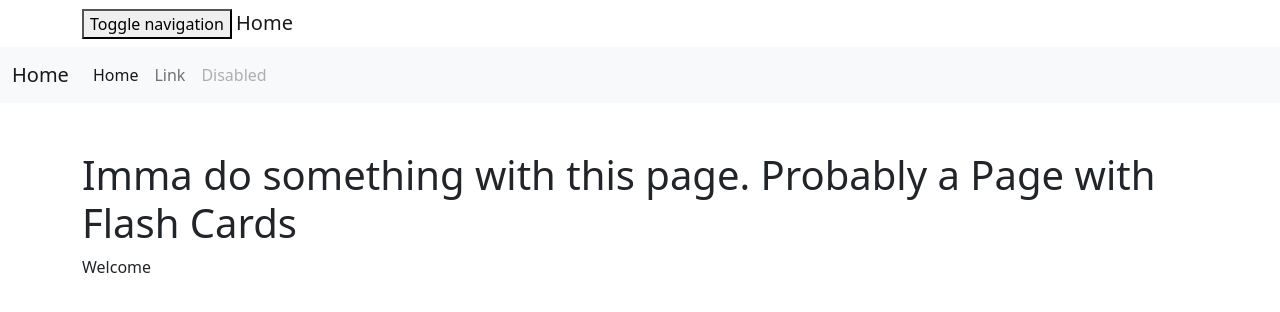
Repository: Junholee369/Junho_Lee_Capstone
Page: http://localhost/index
An editor plug-in stored every save of this project. The page is shown before and after the next save, followed by the edit.
The browser window is 1280 px wide. The pictures show the whole page.
The page is this project's Thymeleaf template; nobody is signed in. The template is opened directly, without the code that normally fills it, so the values that code supplies are empty.

Above is the page before, as saved 2022-06-24 16:12:54.

### Inventory_Management_Capstone/src/main/resources/templates/index.html
<!DOCTYPE html>
<html xmlns:th="http://www.thymeleaf.org"
	xmlns:sec="http://www.thymeleaf.org/thymeleaf-extras-springsecurity3">
<head>
<meta charset="ISO-8859-1">
<title>Registration and Login App</title>

<link
	href="https://cdn.jsdelivr.net/npm/bootstrap@5.2.0-beta1/dist/css/bootstrap.min.css"
	rel="stylesheet"
	integrity="sha384-0evHe/X+R7YkIZDRvuzKMRqM+OrBnVFBL6DOitfPri4tjfHxaWutUpFmBp4vmVor"
	crossorigin="anonymous" />

</head>
<body>
	<!-- create navigation bar ( header) -->
	<nav class="navbar navbar-inverse navbar-fixed-top">
		<div class="container">
			<div class="navbar-header">
				<button type="button" class="navbar-toggle collapsed"
					data-toggle="collapse" data-target="#navbar" aria-expanded="false"
					aria-controls="navbar">
					<span class="sr-only">Toggle navigation</span> <span
						class="icon-bar"></span> <span class="icon-bar"></span> <span
						class="icon-bar"></span>
				</button>
				<a class="navbar-brand" href="#" th:href="@{/}">Home</a>
			</div>
			<div id="navbar" class="collapse navbar-collapse">
				<ul class="nav navbar-nav">
					<li sec:authorize="isAuthenticated()"><a th:href="@{/logout}">Logout</a></li>
				</ul>
				<ul class="nav navbar-nav">
					<li sec:authorize="isAuthenticated()"><a
						th:href="@{/products}">products</a></li>
				</ul>
			</div>
		</div>
	</nav>


	<nav class="navbar navbar-expand-lg bg-light">
  <div class="container-fluid">
    <a class="navbar-brand" href="#">Home</a>
    <button class="navbar-toggler" type="button" data-bs-toggle="collapse" data-bs-target="#navbarSupportedContent" aria-controls="navbarSupportedContent" aria-expanded="false" aria-label="Toggle navigation">
      <span class="navbar-toggler-icon"></span>
    </button>
    <div class="collapse navbar-collapse" id="navbarSupportedContent">
      <ul class="navbar-nav me-auto mb-2 mb-lg-0">

        <li class="nav-item">
          <a class="nav-link active" aria-current="page" href="#">Home</a>
        </li>

        <li class="nav-item">
          <a class="nav-link" href="#">Link</a>
        </li>

        <li class="nav-item">
          <a class="nav-link disabled">Disabled</a>
        </li>
      </ul>
    </div>
  </div>
</nav>

	<br>
	<br>

	<div class="container">
		<h1>Imma do something with this page. Probably a Page with Flash
			Cards</h1>
		Welcome <span sec:authentication="principal.username"> User</span>
	</div>

	<script
        src="https://cdn.jsdelivr.net/npm/bootstrap@5.2.0-beta1/dist/js/bootstrap.bundle.min.js"
        integrity="sha384-pprn3073KE6tl6bjs2QrFaJGz5/SUsLqktiwsUTF55Jfv3qYSDhgCecCxMW52nD2"
        crossorigin="anonymous"
></script>
</body>
</html>

After the next save:
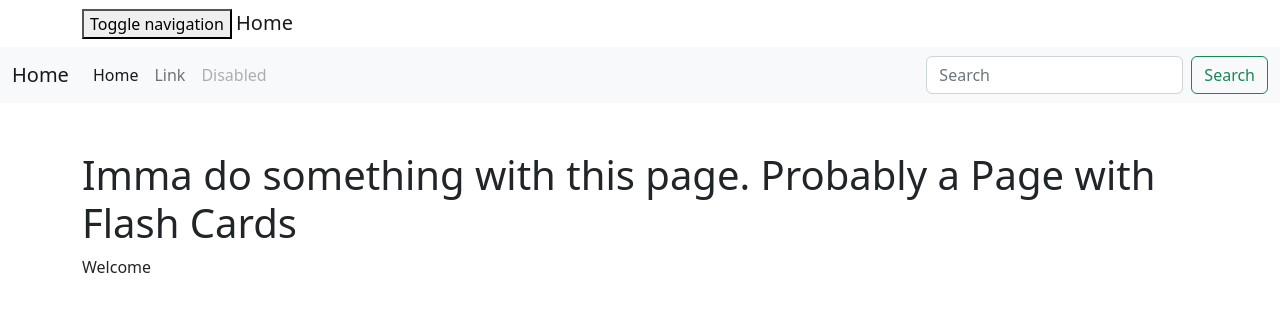
Saved 4 s later.
--- a/Inventory_Management_Capstone/src/main/resources/templates/index.html
+++ b/Inventory_Management_Capstone/src/main/resources/templates/index.html
@@ -60,6 +60,10 @@
           <a class="nav-link disabled">Disabled</a>
         </li>
       </ul>
+      <form class="d-flex" role="search">
+        <input class="form-control me-2" type="search" placeholder="Search" aria-label="Search">
+        <button class="btn btn-outline-success" type="submit">Search</button>
+      </form>
     </div>
   </div>
 </nav>
